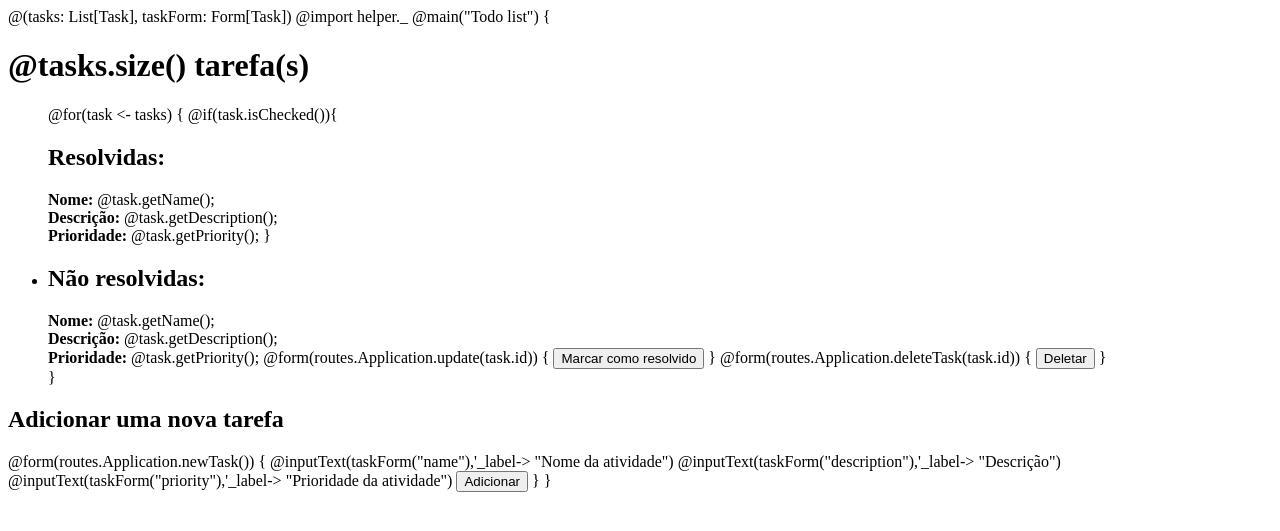
Repository: analuizamtg/si1
Page: lab2/todolist/.target/views/index.scala.html
These files come from the project's save history. The page is drawn as it stood at one moment and after the next save; the edit follows.
The browser window is 1280 px wide. The pictures show the whole page.

Above is the page before, as saved 2013-11-26 22:37:50.

### lab2/todolist/.target/views/index.scala.html
@(tasks: List[Task], taskForm: Form[Task])

@import helper._

@main("Todo list") {

    <h1>@tasks.size() tarefa(s)</h1>

    <ul>
        @for(task <- tasks) {
        	@if(task.isChecked()){
        		<b><h2> Resolvidas: </h2></b>
        		<b>Nome:</b> @task.getName();
                <br>
                <b>Descrição:</b>  @task.getDescription();
                <br>
                <b>Prioridade:</b> @task.getPriority();
        	}
            <li><b><h2> Não resolvidas: </h2></b>
                <b>Nome:</b> @task.getName();
                <br>
                <b>Descrição:</b>  @task.getDescription();
                <br>
                <b>Prioridade:</b> @task.getPriority();
                @form(routes.Application.update(task.id)) {
                    <input type="submit" value="Marcar como resolvido">
                }
                @form(routes.Application.deleteTask(task.id)) {
                    <input type="submit" value="Deletar">
                }
            </li>
        }
    </ul>

    <h2>Adicionar uma nova tarefa</h2>

    @form(routes.Application.newTask()) {

        @inputText(taskForm("name"),'_label-> "Nome da atividade")
        @inputText(taskForm("description"),'_label-> "Descrição")
        @inputText(taskForm("priority"),'_label-> "Prioridade da atividade")

        <input type="submit" value="Adicionar">

    }

}

After the next save:
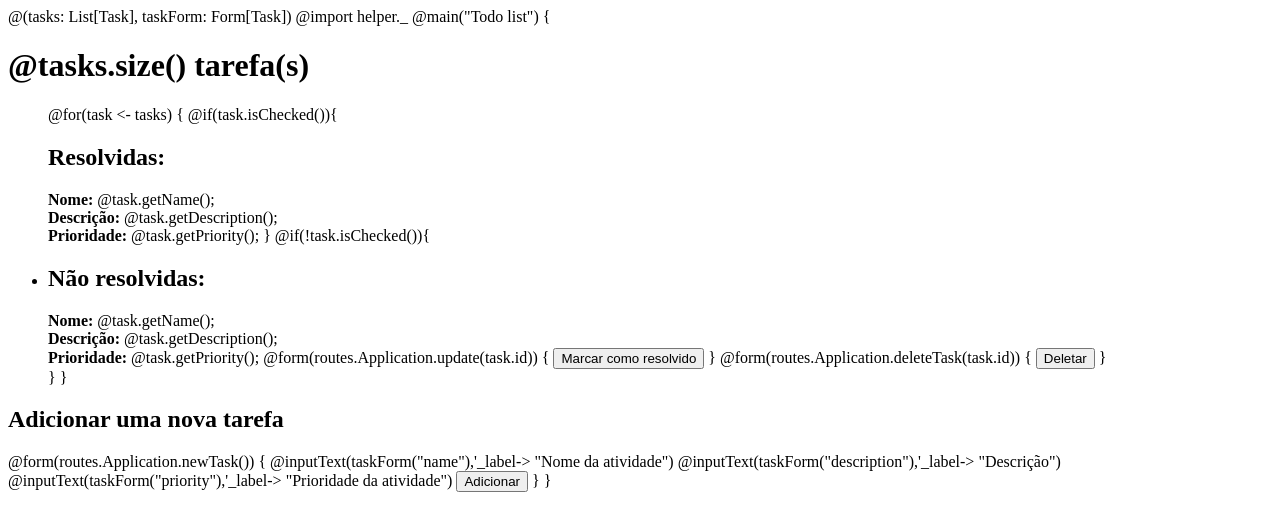
Saved 2 min 19 s later.
--- a/lab2/todolist/.target/views/index.scala.html
+++ b/lab2/todolist/.target/views/index.scala.html
@@ -15,8 +15,8 @@
                 <b>Descrição:</b>  @task.getDescription();
                 <br>
                 <b>Prioridade:</b> @task.getPriority();
-        	}
-            <li><b><h2> Não resolvidas: </h2></b>
+        	} @if(!task.isChecked()){
+			            <li><b><h2> Não resolvidas: </h2></b>
                 <b>Nome:</b> @task.getName();
                 <br>
                 <b>Descrição:</b>  @task.getDescription();
@@ -29,6 +29,9 @@
                     <input type="submit" value="Deletar">
                 }
             </li>
+
+
+        	}
         }
     </ul>
 
